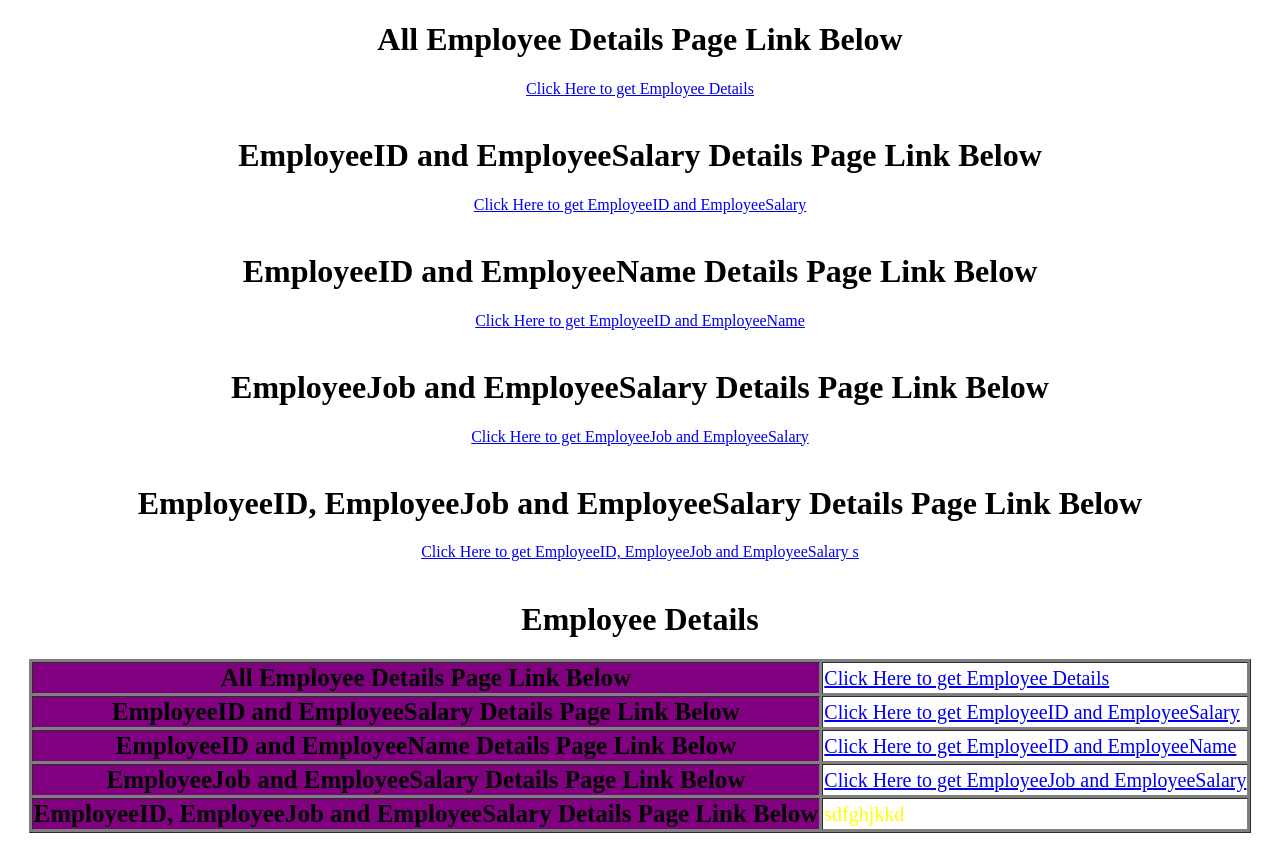
Repository: RhutujaBD/SpringMVCSession
Page: http://localhost/Spring-MVC-JDBCTemplate/WEB-INF/pages/home.jsp
An editor plug-in stored every save of this project. The page is shown before and after the next save, followed by the edit.
The browser window is 1280 px wide. The pictures show the whole page.
The page is served by Tomcat 9. Nobody is signed in. The template is opened directly, without the code that normally fills it, so the values that code supplies are empty.

Above is the page before, as saved 2023-03-29 11:03:29.

After the next save:
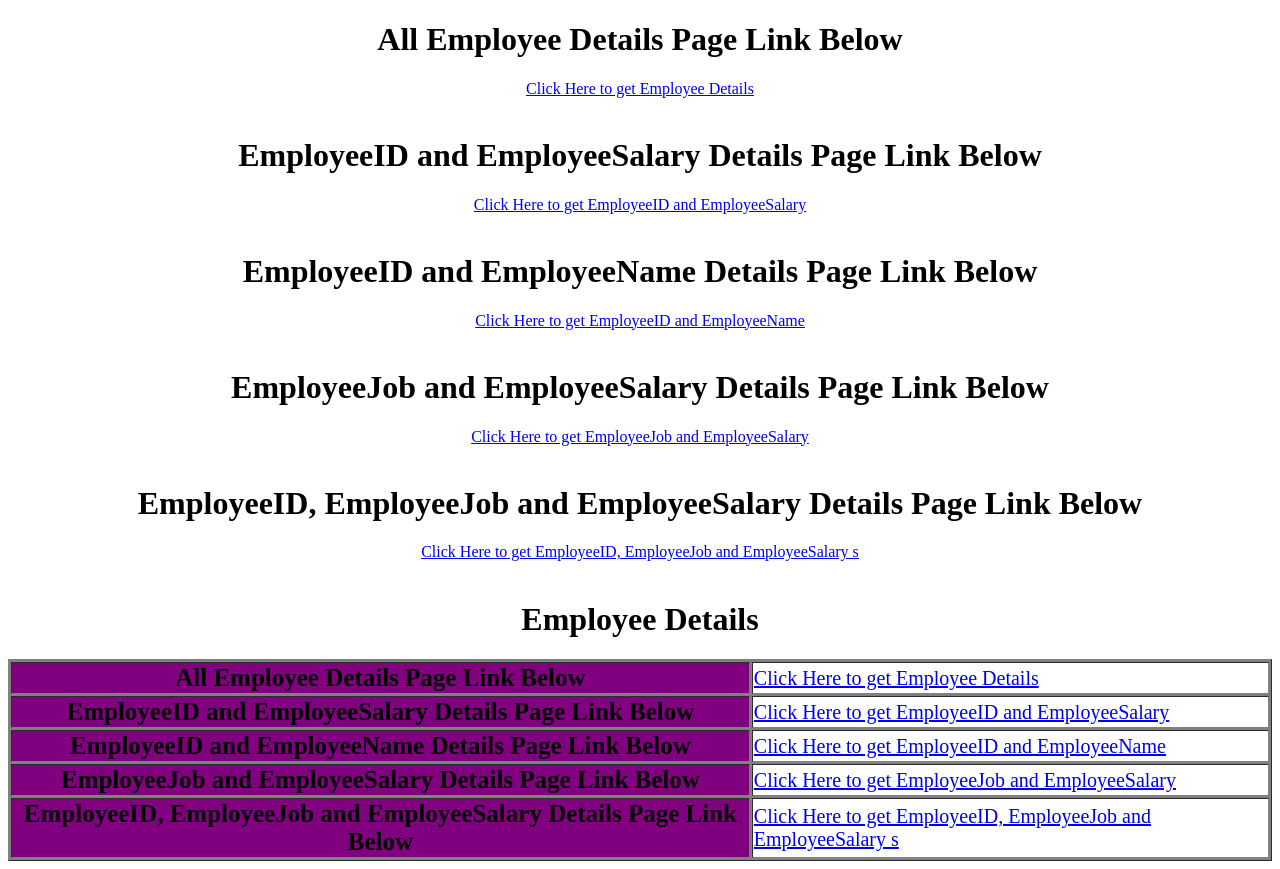
Saved 22 s later.
--- a/Spring-MVC-JDBCTemplate/src/main/webapp/WEB-INF/pages/home.jsp
+++ b/Spring-MVC-JDBCTemplate/src/main/webapp/WEB-INF/pages/home.jsp
@@ -60,7 +60,7 @@
 		</tr>
 		<tr bgcolor="purple" bordercolor="black">
 			<th>EmployeeID, EmployeeJob and EmployeeSalary Details Page Link Below</th>
-			<td bgcolor="white">sdfghjkkd</td>
+			<td bgcolor="white"><a href="list_id_job_sal.htm">Click Here to get EmployeeID, EmployeeJob and EmployeeSalary s</a></td>
 		</tr>
 	</table>
 
